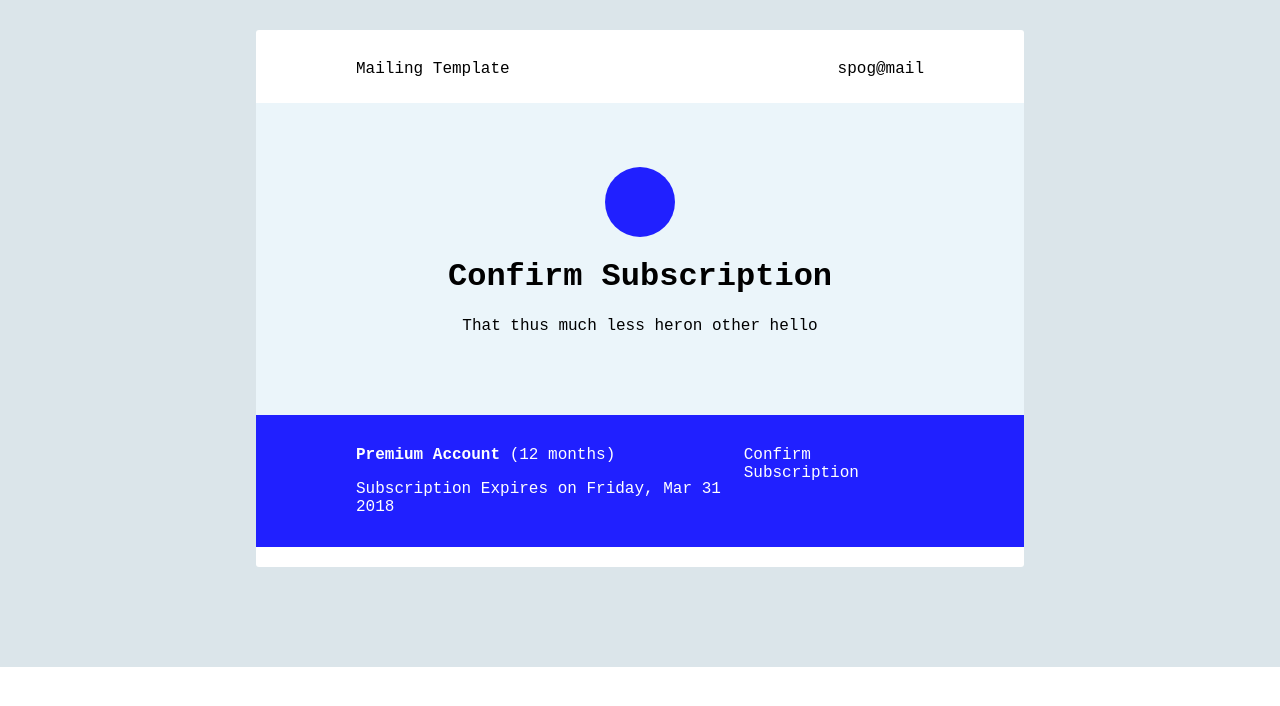
Repository: Lecon-Git/Appmail-Template
Page: mail.html
The author's editor kept a copy of each file at every save. The page is drawn from the files as they stood at one save, then again after the next save.
The browser window is 1280 px wide. The pictures show the whole page.

Above is the page before, as saved 2021-11-01 21:50:03.

After the next save:
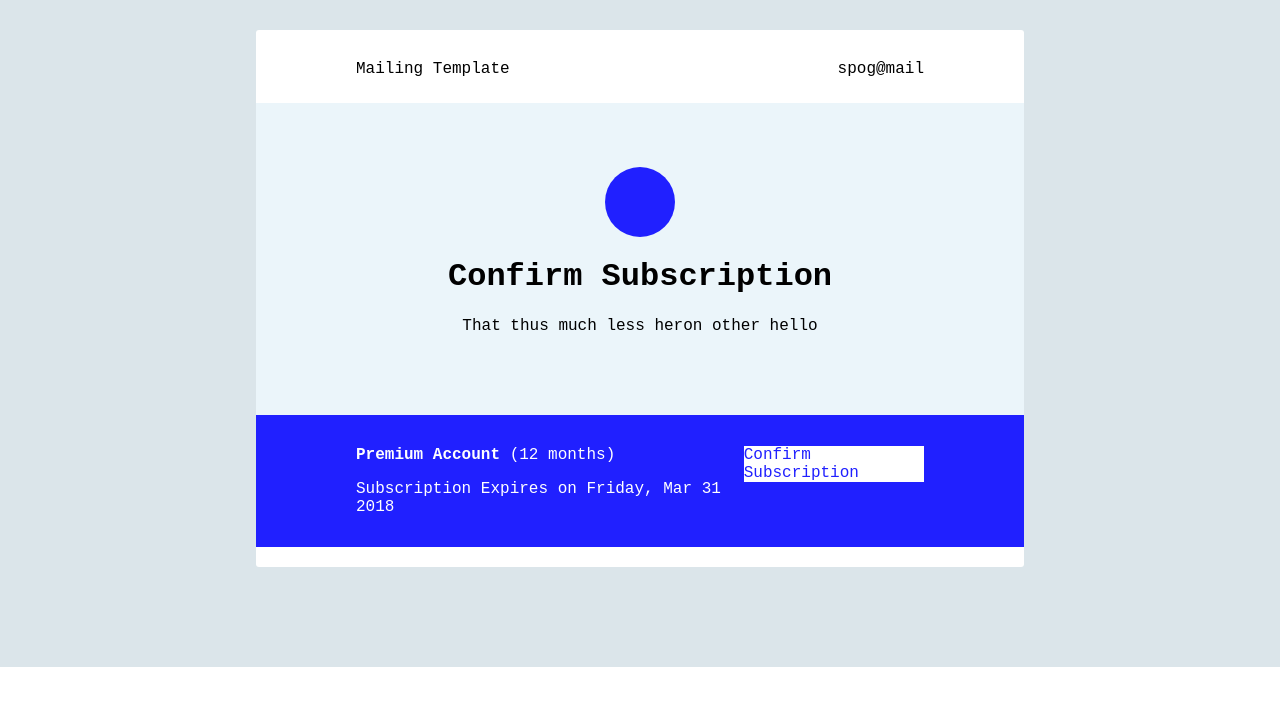
Saved 38 s later.
--- a/css/mail.css
+++ b/css/mail.css
@@ -58,3 +58,8 @@ body {
 .text {
     font-size: 16px;
 }
+
+.sub_btn {
+    background-color: #fff;
+    color: #2020ff;
+}
